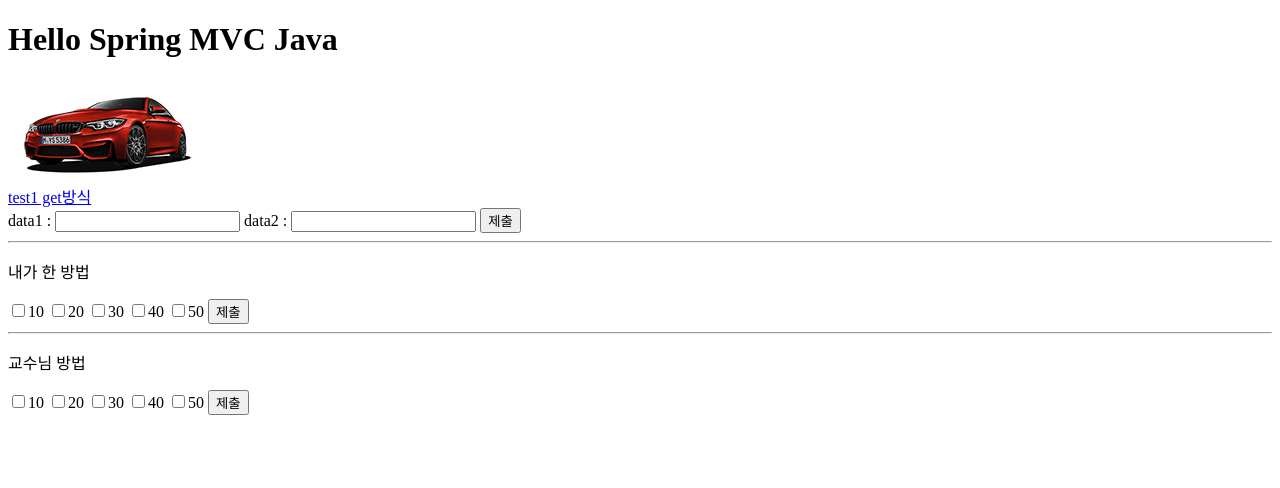
Repository: kangseongwuk/Spring
Page: http://localhost/WebSpringSample3_parameter/WEB-INF/views/index.jsp
The author's editor kept a copy of each file at every save. The page is drawn from the files as they stood at one save, then again after the next save.
The browser window is 1280 px wide. The pictures show the whole page.
The page is served by Tomcat 9. Nobody is signed in. Other server files are loaded and not shown. The template is opened directly, without the code that normally fills it, so the values that code supplies are empty.

Above is the page before, as saved 2022-10-11 03:50:30.
Console error: TypeError: Cannot read properties of null (reading 'checked')

### WebSpringSample3_parameter/src/main/webapp/WEB-INF/views/index.jsp
<%@ page language="java" contentType="text/html; charset=UTF-8"
    pageEncoding="UTF-8"%>
<!DOCTYPE html>
<html>
<head>
<meta charset="UTF-8">
<title>Insert title here</title>
<script type="text/javascript">
	if(document.getElementById("data1").checked){
		document.getElementByID("data1_hidden").disabled=true;
	}
	if(document.getElementById("data2").checked){
		document.getElementByID("data2_hidden").disabled=true;
	}
	if(document.getElementById("data3").checked){
		document.getElementByID("data3_hidden").disabled=true;
	}
	if(document.getElementById("data4").checked){
		document.getElementByID("data4_hidden").disabled=true;
	}
	if(document.getElementById("data5").checked){
		document.getElementByID("data5_hidden").disabled=true;
	}
</script>
</head>
<body>
	<h1>Hello Spring MVC Java</h1>
	<img src="image/bmwmodel_205.png"/><br>
	<a href="test1?data1=100&data2=200">test1 get방식</a><br>

	<form action="result2">
		<label>data1 : <input type="text" name=data1></label>
		<label>data2 : <input type="text" name=data2></label>
		<label><input type="submit" value="제출" ></label>
	</form>

	<hr>
	<p>내가 한 방법</p>
	<form action="result3" method="get">
	<input type="checkbox" value="10" name=data1>10
	<input type="hidden" value="0" name=data1 id=data1_hidden/>
	<input type="checkbox" value="20" name=data2>20
	<input type="hidden" value="0" name=data2 id=data2_hidden/>
	<input type="checkbox" value="30" name=data3>30
	<input type="hidden" value="0" name=data3 id=data3_hidden/>
	<input type="checkbox" value="40" name=data4>40
	<input type="hidden" value="0" name=data4 id=data4_hidden/>
	<input type="checkbox" value="50" name=data5>50
	<input type="hidden" value="0" name=data5 id=data5_hidden/>
	<input type="submit" value="제출">
	</form>
	<hr>
	<p>교수님 방법</p>
	<form action="result4" method="get">
	<input type="checkbox" value="10" name=data_3>10
	<input type="checkbox" value="20" name=data_3>20
	<input type="checkbox" value="30" name=data_3>30
	<input type="checkbox" value="40" name=data_3>40
	<input type="checkbox" value="50" name=data_3>50
	<input type="submit" value="제출">
	</form>
</body>
</html>

<!--
.요청 방식 지정하기

Spring MVC 는 요청 주소별로 메서드를 정의할 수도 있지만 같은 요청 주소에서 요청 방식에 따라 메서드를 정의할 수도 있습니다.
GET, POST, PUT, DELELTE, PATCH 에 대해 처리할 수 있습니다.

@RequestMapping
RequestMapping 어노테이션은 요청 주소 셋팅 뿐만 아니라 요청 방식도 설정할 수 있습니다.

@RequestMapping(value = "/test1", method = RequestMethod.GET)
public String test1() {
	return "test1";
}

요청 어노테이션

RequestMapping 대신 요청별로 제공되는 어노테이션을 사용할 수도 있습니다.
@GetMapping("/test4")
public String test4() {
	return "test4";
}

@PostMapping("/test5")
public String test5() {
	return "test5";
}


동시에 설정하기

RequestMapping은 요청 방식들을 동시에 설정할 수 있습니다.

@RequestMapping(value = "/test7", method = {RequestMethod.GET, RequestMethod.POST})
public String test7() {
	return "test7";
}
 -->

After the next save:
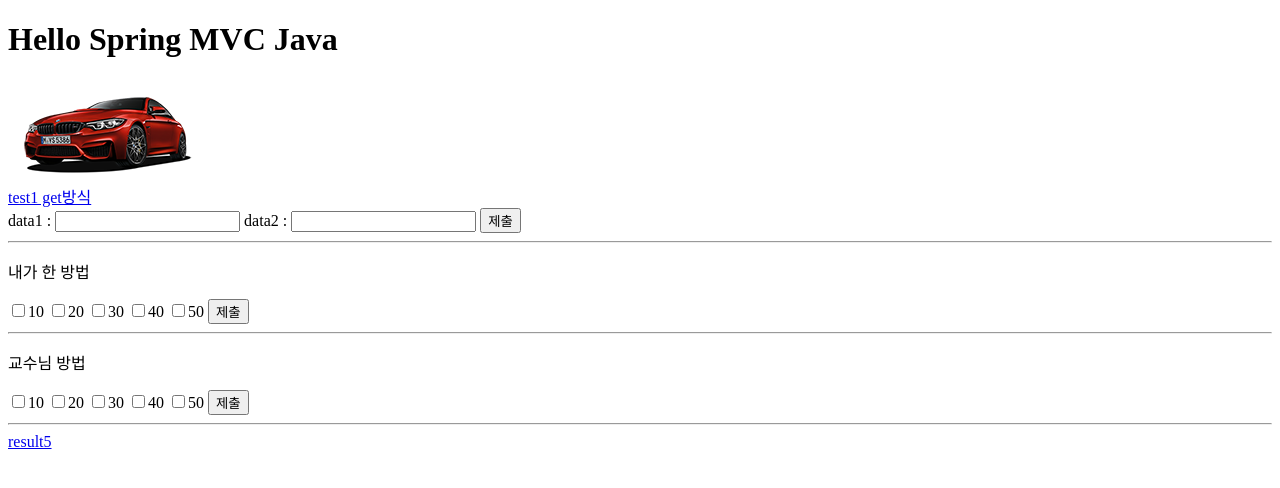
Saved 21 min 11 s later.
--- a/WebSpringSample3_parameter/src/main/webapp/WEB-INF/views/index.jsp
+++ b/WebSpringSample3_parameter/src/main/webapp/WEB-INF/views/index.jsp
@@ -59,6 +59,8 @@
 	<input type="checkbox" value="50" name=data_3>50
 	<input type="submit" value="제출">
 	</form>
+	<hr>
+	<a href="result5?data1=100&data2=200&data3=300&data4=400&data5=500">result5</a>
 </body>
 </html>
 
